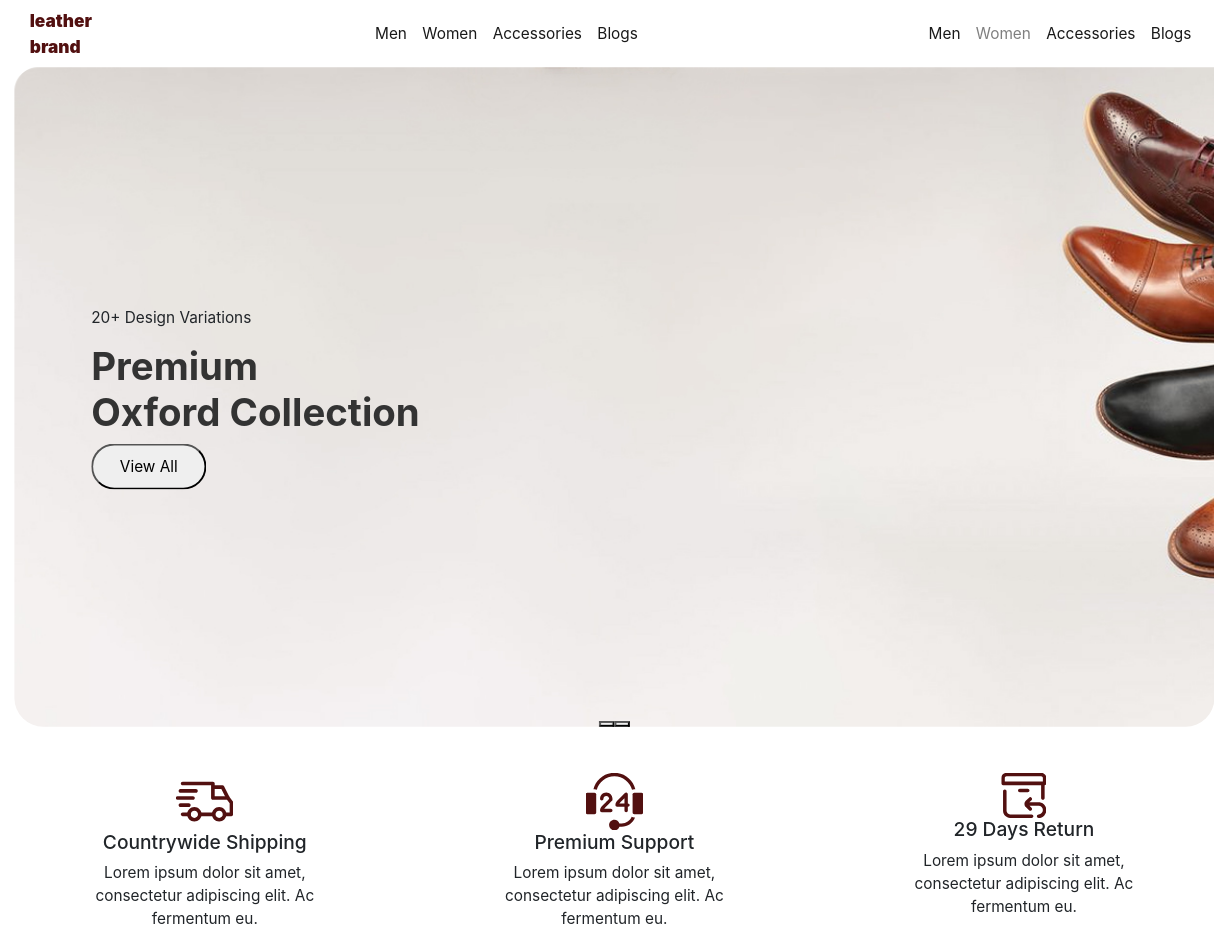
Repository: arif286/fashion-house
Page: /
The author's editor kept a copy of each file at every save. The page is drawn from the files as they stood at one save, then again after the next save.
The browser window is 1280 px wide. The pictures show the whole page, at 96% of full size.
The project was rebuilt for these pictures with package versions that can differ from the ones it lists, and the page was loaded fresh each time. The framework's server and built-in components were replaced by stand-ins that run in the browser. Also part of the build but not shown: nuxt.config.js, components/Contact.vue, components/DisplayCollection.vue, components/Footer.vue, components/NewCollection.vue, components/NuxtLogo.vue, components/Products.vue, components/Tutorial.vue.

Above is the page before, as saved 2021-07-11 22:28:48.

### components/Nav.vue
<template>
  <nav class="navbar container navbar-expand-lg navbar-light">
    <div class="container-fluid">
      <div class="nav-title">
        <span>leather</span>
        <br />
        <span>brand</span>
      </div>
      <button
        class="navbar-toggler"
        type="button"
        data-bs-toggle="collapse"
        data-bs-target="#navbarSupportedContent"
        aria-controls="navbarSupportedContent"
        aria-expanded="false"
        aria-label="Toggle navigation"
      >
        <span class="navbar-toggler-icon"></span>
      </button>
      <div id="navbarSupportedContent" class="collapse navbar-collapse">
        <div class="d-flex justify-content-center w-100">
          <ul class="navbar-nav mb-2 mb-lg-0">
            <li class="nav-item">
              <a class="nav-link active" aria-current="page" href="#">Men</a>
            </li>
            <li class="nav-item">
              <a class="nav-link active" href="#">Women</a>
            </li>
            <li class="nav-item">
              <a class="nav-link active" href="#"> Accessories </a>
            </li>
            <li class="nav-item">
              <a class="nav-link active" href="#">Blogs</a>
            </li>
          </ul>
        </div>
        <div class="ml-auto">
          <ul class="navbar-nav mb-2 mb-lg-0">
            <li class="nav-item">
              <a class="nav-link active" aria-current="page" href="#">Men</a>
            </li>
            <li class="nav-item">
              <a class="nav-link" href="#">Women</a>
            </li>
            <li class="nav-item">
              <a class="nav-link active" href="#"> Accessories </a>
            </li>
            <li class="nav-item">
              <a class="nav-link active" href="#">Blogs</a>
            </li>
          </ul>
        </div>
      </div>
    </div>
  </nav>
</template>

<script></script>
<style scoped>
.nav-title {
  color: #521010;
  font-weight: 900;
  font-size: 18px;
}
.nav-title:hover {
  color: #521010;
  font-weight: bold;
}
.nav-item a {
  color: #000;
}
</style>

### components/Service.vue
<template>
  <div class="container">
    <div class="row">
      <div
        v-for="service in services"
        :key="service.id"
        class="col-md-4 col-12"
      >
        <div class="d-flex justify-content-center">
          <div class="service-box text-center">
            <img :src="require(`@/assets/Images/${service.image}`)" alt="" />
            <h5>{{ service.title }}</h5>
            <p>{{ service.text }}</p>
          </div>
        </div>
      </div>
    </div>
  </div>
</template>

<script>
export default {
  props: {
    services: { type: Array, required: true },
  },
}
</script>
<style>
.service-box {
  width: 250px;
}
</style>

### components/Slider.vue
<template>
  <div class="container mb-5">
    <div
      id="carouselExampleIndicators"
      class="carousel slide"
      data-bs-ride="carousel"
    >
      <div class="carousel-indicators">
        <button
          type="button"
          data-bs-target="#carouselExampleIndicators"
          data-bs-slide-to="0"
          class="active"
          aria-current="true"
          aria-label="Slide 1"
        ></button>
        <button
          type="button"
          data-bs-target="#carouselExampleIndicators"
          data-bs-slide-to="1"
          aria-label="Slide 2"
        ></button>
      </div>
      <div class="carousel-inner">
        <div class="carousel-item active d-flex align-items-center">
          <div class="slider-content">
            <p>20+ Design Variations</p>
            <h1>
              Premium
              <br />
              Oxford Collection
            </h1>
            <button>View All</button>
          </div>
        </div>
        <div class="carousel-item">
          <div class="slider-content">
            <p>20+ Design Variations</p>
            <h1>
              Premium
              <br />
              Oxford Collection
            </h1>
            <button>View All</button>
          </div>
        </div>
      </div>
    </div>
  </div>
</template>

<script></script>
<style>
.carousel-item {
  background-image: url('@/assets/Images/hero1.png');
  background-repeat: no-repeat;
  width: 100%;
  background-size: cover;
  height: 687px;
  border-bottom-left-radius: 30px;
  border-bottom-right-radius: 30px;
}
.slider-content {
  margin-left: 80px;
}
.slider-content h1 {
  color: #333333;
  font-weight: 700;
}
.slider-content button {
  border-radius: 30px;
  width: 120px;
  padding: 10px 15px;
}
</style>

### pages/index.vue
<template>
  <div>
    <Nav />
    <Slider />
    <Service :services="serviceData" />
  </div>
</template>

<script>
import { serviceData } from '@/assets/data.js'
export default {
  data() {
    return {
      serviceData,
    }
  },
}
</script>
<style>
@import url('https://fonts.googleapis.com/css2?family=Roboto:ital,wght@0,100;0,300;0,400;0,500;0,700;0,900;1,100;1,300;1,400;1,500;1,700;1,900&display=swap');

.body {
  font-family: 'Roboto', sans-serif;
}
.container {
  max-width: 1780px;
}
</style>

### assets/data.js
export const serviceData = [
  {
    id: 1,
    image: 'delivery.svg',
    title: 'Countrywide Shipping',
    text: 'Lorem ipsum dolor sit amet, consectetur adipiscing elit. Ac fermentum eu.',
  },
  {
    id: 2,
    image: 'call-center.svg',
    title: 'Premium Support',
    text: 'Lorem ipsum dolor sit amet, consectetur adipiscing elit. Ac fermentum eu.',
  },
  {
    id: 3,
    image: 'return.svg',
    title: '29 Days Return',
    text: 'Lorem ipsum dolor sit amet, consectetur adipiscing elit. Ac fermentum eu.'
  }
]

After the next save:
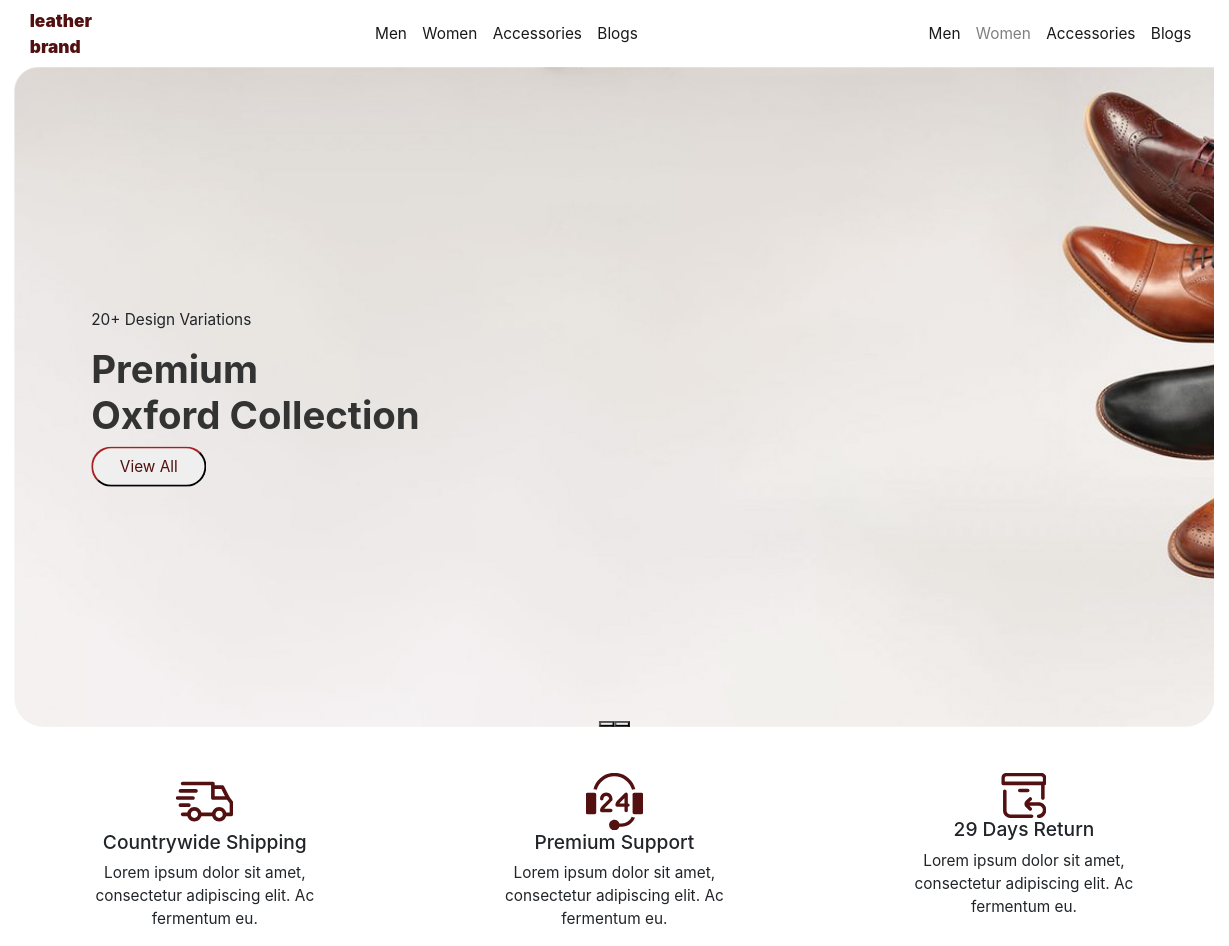
Saved 87 s later.
--- a/components/Slider.vue
+++ b/components/Slider.vue
@@ -70,6 +70,8 @@
 .slider-content button {
   border-radius: 30px;
   width: 120px;
-  padding: 10px 15px;
+  padding: 7px 15px;
+  border-color: #521010;
+  color: #521010;
 }
 </style>
